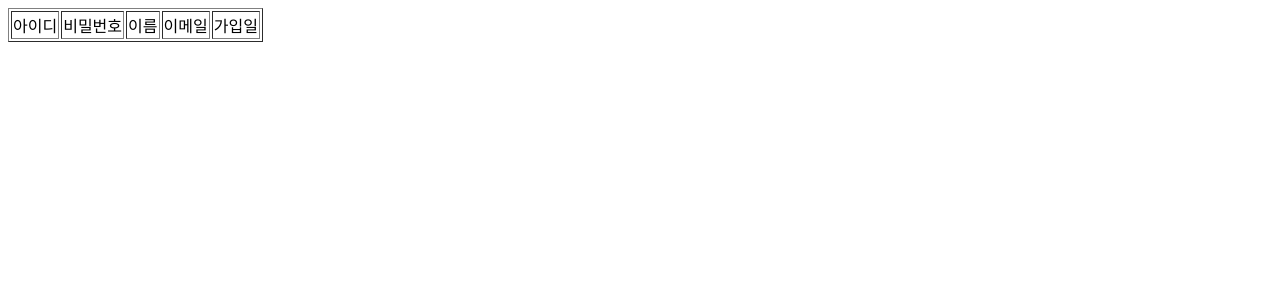
Repository: Idooru/academy_servlet
Page: http://localhost/pro07/member
The author's editor kept a copy of each file at every save. The page is drawn from the files as they stood at one save, then again after a run of saves.
The browser window is 1280 px wide. The pictures show the whole page.
The page is served by Tomcat 9. Other server files are loaded and not shown. Queries for data that is not in the repository find no rows.

Above is the page before, as saved 2023-09-05 03:18:59.

### pro07/src/sec01/ex01/MemberServlet.java
package sec01.ex01;

import java.io.IOException;
import java.io.PrintWriter;
import java.util.ArrayList;
import java.util.List;

import javax.servlet.ServletException;
import javax.servlet.annotation.WebServlet;
import javax.servlet.http.HttpServlet;
import javax.servlet.http.HttpServletRequest;
import javax.servlet.http.HttpServletResponse;
import java.sql.Timestamp;

/**
 * Servlet implementation class MemberServlet
 */
@WebServlet("/member")
public class MemberServlet extends HttpServlet {
	private static final long serialVersionUID = 1L;

	private void doHandle(HttpServletRequest request, HttpServletResponse response)
			throws ServletException, IOException {
		request.setCharacterEncoding("UTF-8");
		MemberDAO dao = new MemberDAO();
		String command = request.getParameter("command");

		if (command != null) {
			String _id = request.getParameter("id");
			String _pwd = request.getParameter("pwd");
			String _name = request.getParameter("name");
			String _email = request.getParameter("email");

			MemberVO vo = new MemberVO();
			vo.setId(_id);
			vo.setPwd(_pwd);
			vo.setName(_name);
			vo.setEmail(_email);
			dao.addMember(vo);
		}

		response.setContentType("text/html;charset=utf-8");
		PrintWriter out = response.getWriter();
		List<MemberVO> list = dao.listMembers();

		out.print("<html><body>");
		out.print("<table border=1><tr>");
		out.print("<td>아이디</td><td>비밀번호</td><td>이름</td><td>이메일</td><td>가입일</td>");

		for (int i = 0; i < list.size(); i++) {
			MemberVO memberVO = (MemberVO) list.get(i);
			String id = memberVO.getId();
			String pwd = memberVO.getPwd();
			String name = memberVO.getName();
			String email = memberVO.getEmail();
			Timestamp joinDate = memberVO.getJoinDate();

			out.print("<tr>");
			out.printf("<td>%s</td>", id);
			out.printf("<td>%s</td>", pwd);
			out.printf("<td>%s</td>", name);
			out.printf("<td>%s</td>", email);
			out.printf("<td>%s</td>", joinDate);
			out.print("</tr>");
		}

		out.print("</table></body></html>");

	}

	@Override
	protected void doGet(HttpServletRequest request, HttpServletResponse response)
			throws ServletException, IOException {
		doHandle(request, response);
	}

	@Override
	protected void doPost(HttpServletRequest request, HttpServletResponse response)
			throws ServletException, IOException {
		doHandle(request, response);
	}

}

### pro07/src/sec01/ex01/MemberDAO.java
package sec01.ex01;

import java.sql.Connection;
import java.sql.Timestamp;
import java.sql.DriverManager;
import java.sql.PreparedStatement;
import java.sql.ResultSet;
import java.util.ArrayList;
import java.util.List;

public class MemberDAO {

	private static final String driver = "com.mysql.cj.jdbc.Driver";
	private static final String url = "jdbc:mysql://localhost:3306/book_store";
	private static final String user = "root";
	private static final String pwd = "1234";
	private Connection conn;
	private PreparedStatement pstmt;

	public List<MemberVO> listMembers() {
		List<MemberVO> list = new ArrayList<MemberVO>();

		try {
			connDB();
			String query = "SELECT * FROM t_member";
			pstmt = conn.prepareStatement(query);
			ResultSet rs = pstmt.executeQuery();

			while (rs.next()) {
				String id = rs.getString("id");
				String pwd = rs.getString("pwd");
				String name = rs.getString("name");
				String email = rs.getString("email");
				Timestamp joinDate = rs.getTimestamp("joinDate");

				MemberVO vo = new MemberVO();
				vo.setId(id);
				vo.setPwd(pwd);
				vo.setName(name);
				vo.setEmail(email);
				vo.setJoinDate(joinDate);

				list.add(vo);
			}
			rs.close();
			pstmt.close();
			conn.close();
		} catch (Exception e) {
			e.printStackTrace();
		}

		return list;
	}

	public void addMember(MemberVO vo) {
		try {
			connDB();

			String id = vo.getId();
			String pwd = vo.getPwd();
			String name = vo.getName();
			String email = vo.getEmail();
			String query = "INSERT INTO t_member";
			query += " (id, pwd, name, email)";
			query += " VALUES(? ? ? ?)";
			pstmt = conn.prepareStatement(query);
			pstmt.setString(1, id);
			pstmt.setString(2, pwd);
			pstmt.setString(3, name);
			pstmt.setString(4, email);
			pstmt.executeUpdate();
			pstmt.close();
			conn.close();
		} catch (Exception e) {
			e.printStackTrace();
		}
	}

	private void connDB() {
		try {
			Class.forName(driver);
			System.out.println("MySQL 드라이버 로딩 성공");
			conn = DriverManager.getConnection(url, user, pwd);
			System.out.println("Connection 생성 성공");
//			pstmt = conn.prepareStatement();
//			System.out.println("Statement 생성 성공");
		} catch (Exception e) {
			e.printStackTrace();
		}
	}

}

After the next 2 saves:
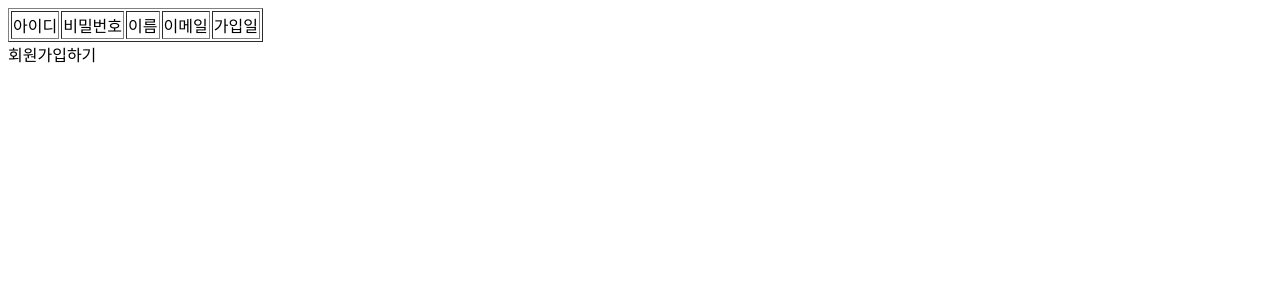
The 2 saves are shown as one change because 1 did not build or start.
The last was saved 15 min 57 s later.
--- a/pro07/src/sec01/ex01/MemberServlet.java
+++ b/pro07/src/sec01/ex01/MemberServlet.java
@@ -64,7 +64,9 @@ public class MemberServlet extends HttpServlet {
 			out.print("</tr>");
 		}
 
-		out.print("</table></body></html>");
+		out.print("</table>");
+		out.print("<a>회원가입하기</a>");
+		out.print("</body></html>");
 
 	}
 
